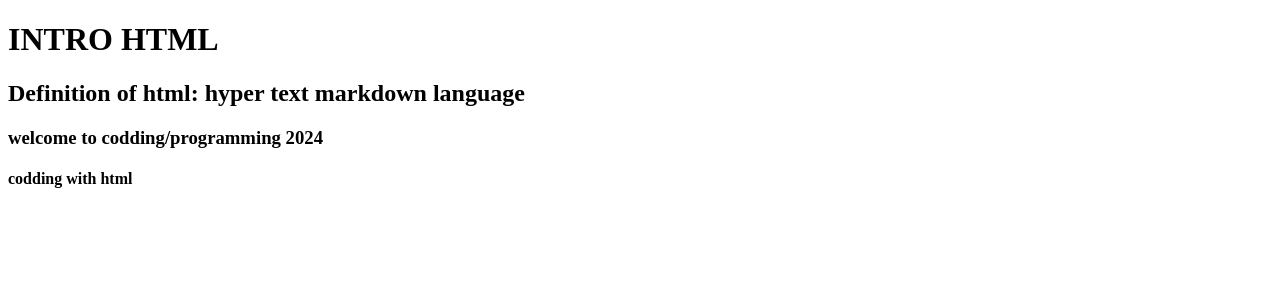
Repository: mirambialex/MYFIRSTREPOR
Page: INTRODUCTION.HTML
The author's editor kept a copy of each file at every save. The page is drawn from the files as they stood at one save, then again after the next save.
The browser window is 1280 px wide. The pictures show the whole page.

Above is the page before, as saved 2024-04-01 09:29:51.

After the next save:
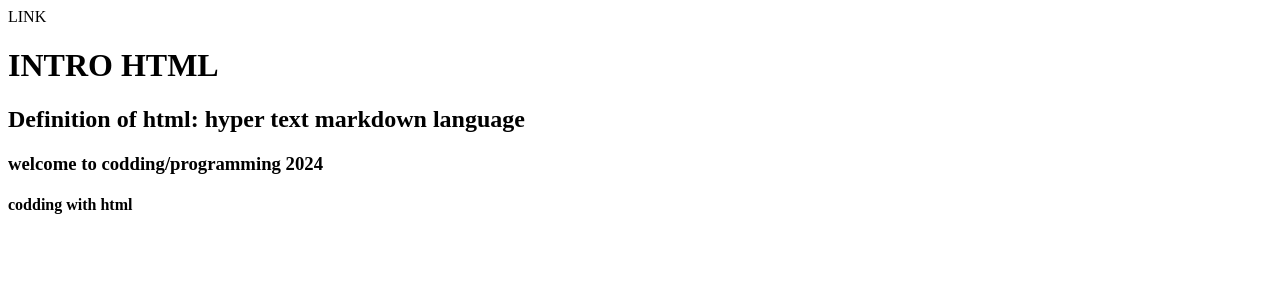
Saved 21 s later.
--- a/INTRODUCTION.HTML
+++ b/INTRODUCTION.HTML
@@ -4,7 +4,7 @@
     <meta charset="UTF-8">
     <meta name="viewport" content="width=device-width, initial-scale=1.0">
     <title>Document</title>
-    <LINk:css></LINk:css>
+    LINK
 </head>
 <body>
     <DIV>
